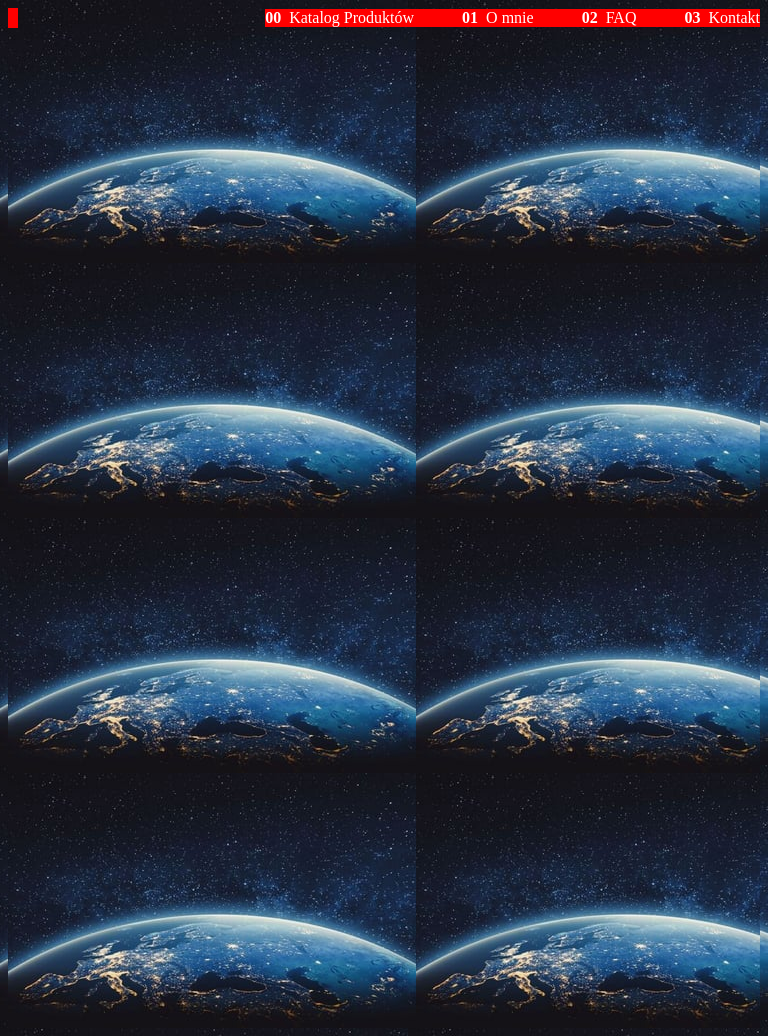
Repository: kowalkos/Rak_projekt
Page: /
These files come from the project's save history. The page is drawn as it stood at one moment and after the next save; the edit follows.
The browser window is 768 px wide. The pictures show the whole page.
The project was rebuilt for these pictures with package versions that can differ from the ones it lists, and the page was loaded fresh each time.

Above is the page before, as saved 2022-01-03 09:16:36.

### src/index.css
body {

  background-image: url('/src/img/kosmos.jpg');
  overflow-x: hidden;
}

### src/App.js

import './App.css';
import NavBar from './components/navbar/NavBar';

function App() {

  return (
    <div className="App">

     <NavBar/>
     <div style={{height:"1000px"}}></div>
    </div>
  );
}

export default App;

### src/App.css
.App {
  text-align: center;
  background-image: url('/src/img/kosmos.jpg');

}

.App-logo {
  height: 40vmin;
  pointer-events: none;
}

@media (prefers-reduced-motion: no-preference) {
  .App-logo {
    animation: App-logo-spin infinite 20s linear;
  }
}

.App-header {
  background-color: #282c34;
  min-height: 100vh;
  display: flex;
  flex-direction: column;
  align-items: center;
  justify-content: center;
  font-size: calc(10px + 2vmin);
  color: white;
}

.App-link {
  color: #61dafb;
}

@keyframes App-logo-spin {
  from {
    transform: rotate(0deg);
  }
  to {
    transform: rotate(360deg);
  }
}

### src/components/navbar/NavBar.js


import './NavBar.css';
function NavBar(props) {


    function toggle(){
        const primaryNav=document.querySelector('.primary-navigation');
        const navToggle=document.querySelector('.mobile-nav-toggle');
        console.log(primaryNav);
        console.log(navToggle);

            const visibility=primaryNav.getAttribute('data-visible');
            if(visibility==="false")
            {
                primaryNav.setAttribute('data-visible',true);
                navToggle.setAttribute('aria-expanded',true);
            }
            else if(visibility==="true")
            {
                primaryNav.setAttribute('data-visible',false);
                navToggle.setAttribute('aria-expanded',false);
            }
            console.log(visibility);
        }
    return <header className='primary-header flex'>
        <div style={{ width: "10px", height: "20px", backgroundColor: "red" }}>
        </div>
        <button className='mobile-nav-toggle'
            aria-controls='primary-navigation'
            onClick={toggle} >
            <span className='sr-only'></span>
        </button>
        <nav >
            <ul id='primary-navigation' aria-expanded="false" data-visible="false" className='primary-navigation flex'>
                <li>
                    <a href='/'>
                        <span aria-hidden="true">00</span>
                        Katalog Produktów
                    </a>
                </li>
                <li>
                    <a href='/'>
                        <span aria-hidden="true">01</span>
                        O mnie
                    </a>
                </li>
                <li>
                    <a href='/'>
                        <span aria-hidden="true">02</span>
                        FAQ
                    </a>
                </li>
                <li>
                    <a href='/'>
                        <span aria-hidden="true">03</span>
                        Kontakt
                    </a>
                </li>
            </ul>
        </nav>
    </header>;

    // return <div className='main-nav-bar' >
    //     <div className='nav-bar__roll-down' onhover={onHoverHandle} >
    //         Katalog Produktów
    //         <div id='nav-bar__inside'>
    //             Kokardy
    //         </div>
    //         <div id='nav-bar__inside'>
    //             Kokardy
    //         </div>
    //         <div id='nav-bar__inside'>
    //             Kokardy
    //         </div>
    //         <div id='nav-bar__inside'>
    //             Kokardy
    //         </div>height:"20px";width
    //     </div >
    //     <div className='nav-bar'>
    //         O mnie
    //     </div>
    //     <div className='nav-bar'>
    //         FAQ
    //     </div>
    //     <div className='nav-bar'>
    //         Kontakt
    //     </div>

    // </div>;
}

export default NavBar;

### src/components/navbar/NavBar.css
.flex {
    display: flex;
    gap: var(--gap, 3rem);
}

.primary-header {
    align-items: center;
    justify-content: space-between;

}

.mobile-nav-toggle {
    display: none;
}

.primary-navigation {
    list-style: none;
    padding: 0;
    margin: 0;
    background: hsl(0 0% 0% /0.75);


}

.primary-navigation a {
    text-decoration: none;
    color: white;
}

.primary-navigation a>[aria-hidden="true"] {
    font-weight: 700;
    margin-inline-end: .5rem;
}

@supports(backdrop-filter: blur(1rem)) {
    .primary-navigation {
        background: hsl(0 0% 100% /0.1);
        backdrop-filter: blur(1rem);
    }
}

@media (max-width:35em) {
    .primary-navigation {
        position: fixed;
        inset: 0 0 0 50%;
        --gap: 2rem;
        z-index: 1000;
        flex-direction: column;
        padding: min(30vh, 10rem) 2rem;

        transform: translateX(100%);
        transition: transform 350ms ease-out;
    }

    .primary-navigation[data-visible="true"] {
        transform: translateX(0%);
    }

    .mobile-nav-toggle {
        display: block;
        position: absolute;
        width: 2.25rem;
        aspect-ratio: 1;
        top: 2rem;
        right: 2rem;
        z-index: 9999;
        background-color: transparent;
        background-image: url(/src/img/Hamburger_icon.svg);
        background-repeat: no-repeat;
        border: 0px;
    }
    .mobile-nav-toggle[aria-expanded="true"]
    {
        background-image: url(/src/img/x-symbol.svg);
        background-size: 32px;
    }
    .sr-only {
        display: none;
    }
}
@media (min-width:35em) and (max-width:55em){
    .primary-navigation
    {
        background: red;
    }
}

Loaded but not shown: public/index.html (common file); src/index.js (common file)

After the next save:
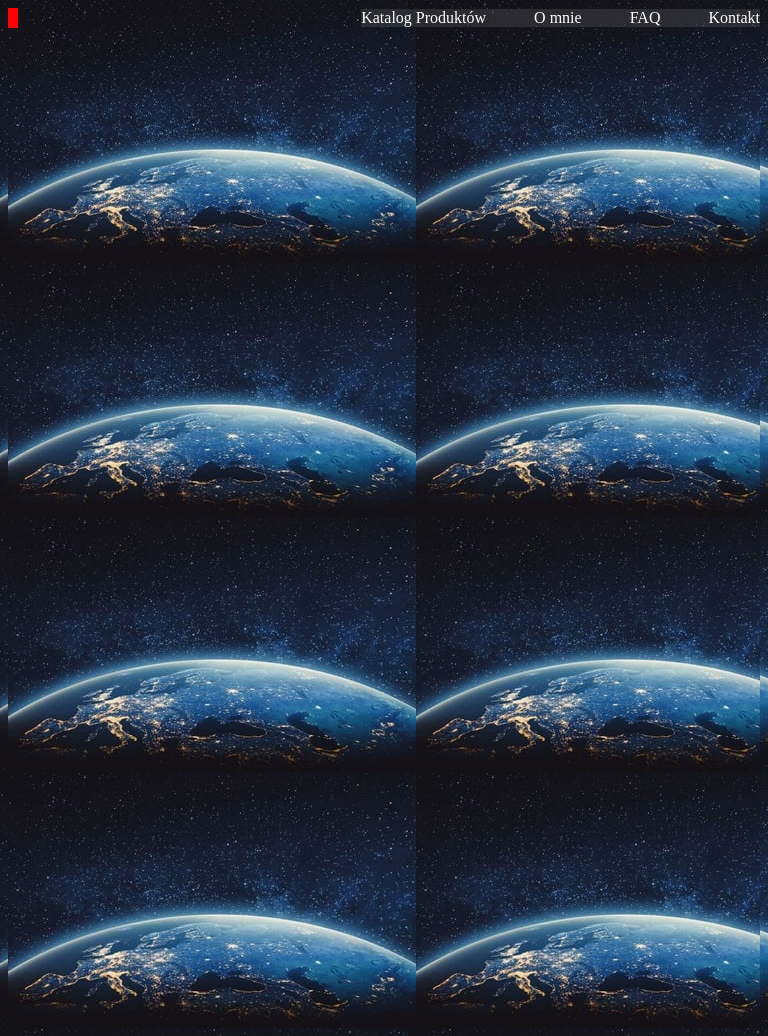
Saved 101 s later.
--- a/src/components/navbar/NavBar.css
+++ b/src/components/navbar/NavBar.css
@@ -79,8 +79,7 @@
     }
 }
 @media (min-width:35em) and (max-width:55em){
-    .primary-navigation
+    .primary-navigation a > span[aria-hidden="true"]
     {
-        background: red;
-    }
+display: none;    }
 }
